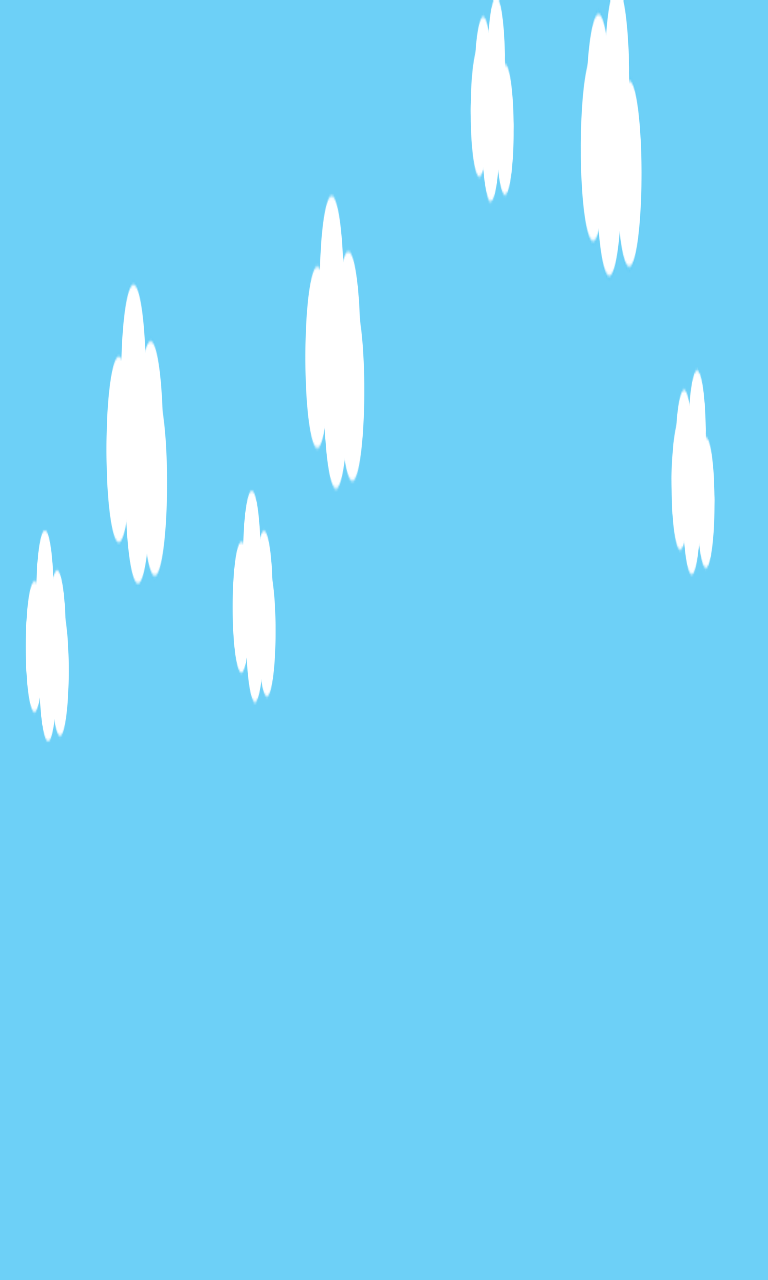
Repository: Daniel-Hoerauf/Ghost-Hunter
Layout: GhostHunter/res/layout/game_main.xml
An editor plug-in stored every save of this project. The layout is shown before and after the next save, followed by the edit.
It is drawn on a 768 x 1280 px phone screen (xhdpi) without system bars, with theme AppTheme; the app's code is not run.

Above is the layout before, as saved 2014-11-10 23:00:03.

### GhostHunter/res/layout/game_main.xml
<?xml version="1.0" encoding="utf-8"?>
<RelativeLayout xmlns:android="http://schemas.android.com/apk/res/android"
    android:layout_width="fill_parent"
    android:layout_height="fill_parent"
    android:paddingBottom="@dimen/activity_vertical_margin"
    android:paddingLeft="@dimen/activity_horizontal_margin"
    android:paddingRight="@dimen/activity_horizontal_margin"
    android:paddingTop="@dimen/activity_vertical_margin"
    android:background="@drawable/background" >

</RelativeLayout>

Loaded but not shown: GhostHunter/res/values/styles.xml (common file); GhostHunter/res/values-v11/styles.xml (common file); GhostHunter/res/values-v14/styles.xml (common file); GhostHunter/res/values/dimens.xml (common file); GhostHunter/res/values-w820dp/dimens.xml (common file)

After the next save:
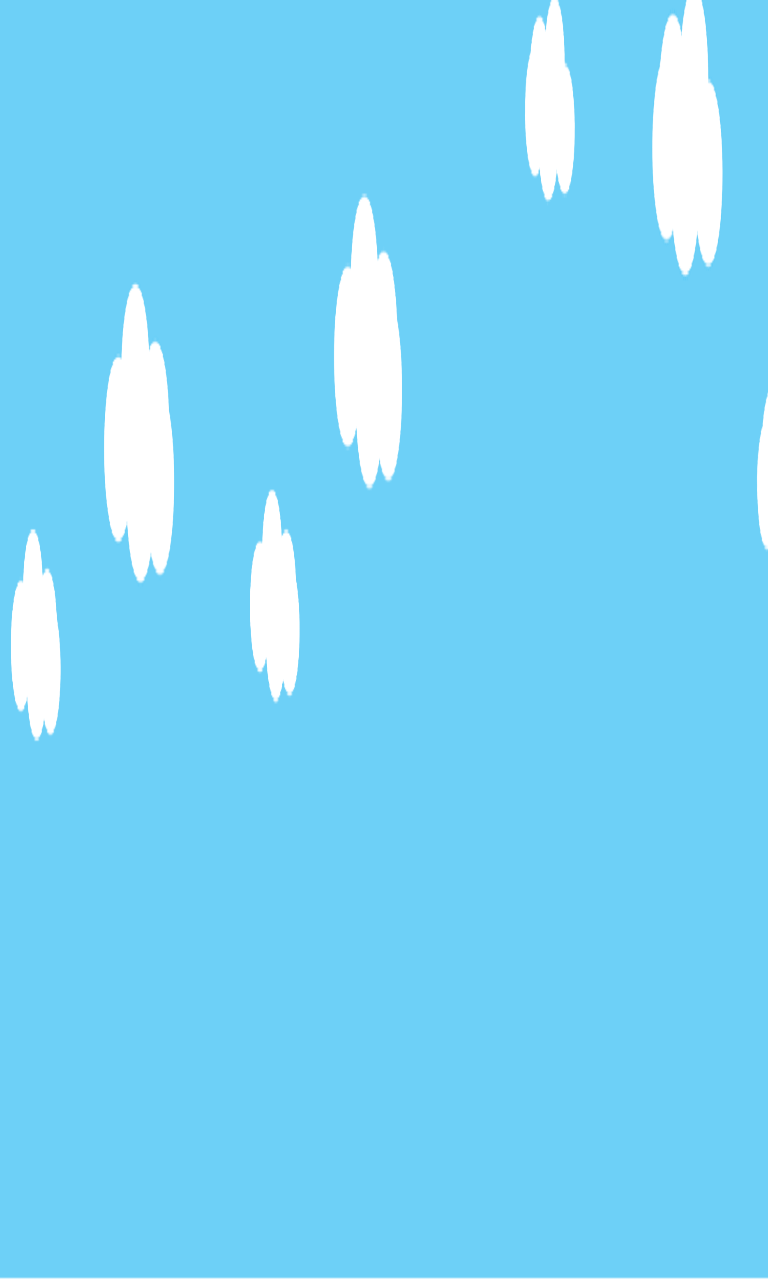
Saved 10 min 44 s later.
--- a/GhostHunter/res/layout/game_main.xml
+++ b/GhostHunter/res/layout/game_main.xml
@@ -6,6 +6,6 @@
     android:paddingLeft="@dimen/activity_horizontal_margin"
     android:paddingRight="@dimen/activity_horizontal_margin"
     android:paddingTop="@dimen/activity_vertical_margin"
-    android:background="@drawable/background" >
+    android:background="@drawable/background2" >
 
 </RelativeLayout>
